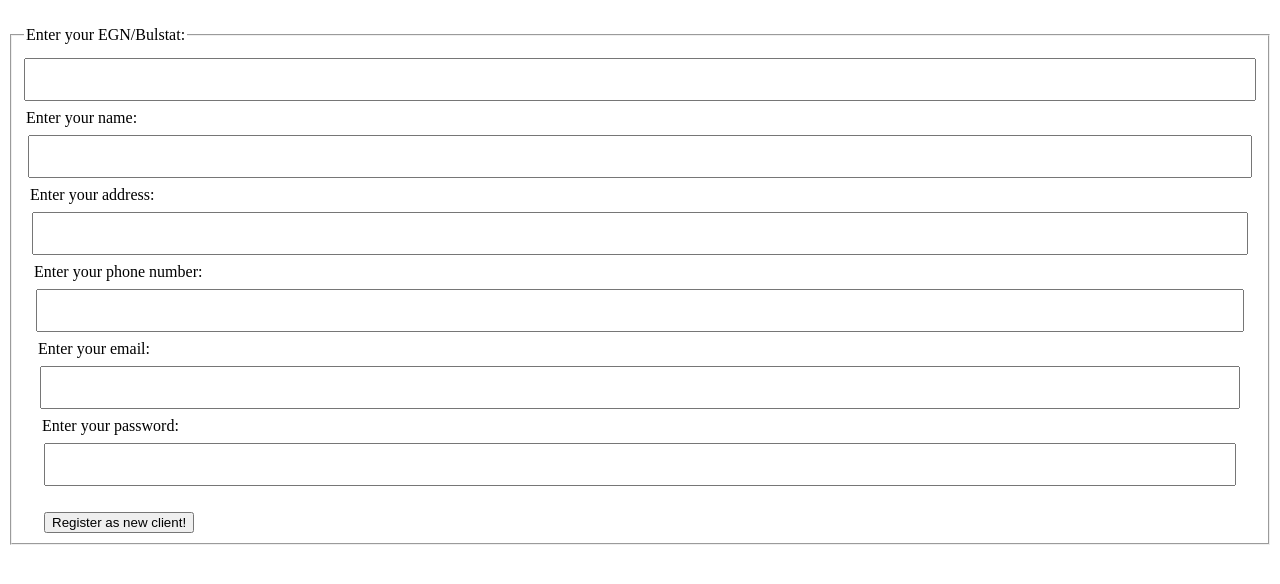
Repository: A-Mitev/E-Banking_Team_Project
Page: http://localhost/FiBank/WEB-INF/views/jsp/Register.jsp
These files come from the project's save history. The page is drawn as it stood at one moment and after the next save; the edit follows.
The browser window is 1280 px wide. The pictures show the whole page.
The page is served by Tomcat 9. Nobody is signed in. Other server files are loaded and not shown. The template is opened directly, without the code that normally fills it, so the values that code supplies are empty.

Above is the page before, as saved 2016-04-05 20:09:30.

### FiBank/src/main/webapp/WEB-INF/views/jsp/Register.jsp
<%@page import="javax.servlet.descriptor.TaglibDescriptor"%>
<%@ page language="java" contentType="text/html; charset=UTF-8"
	pageEncoding="UTF-8"%>
<%@ taglib prefix="springForm"
	uri="http://www.springframework.org/tags/form"%>
<!DOCTYPE html PUBLIC "-//W3C//DTD HTML 4.01 Transitional//EN" "http://www.w3.org/TR/html4/loose.dtd">
<html>
<head>
<style>
input[type=text] {
    width: 100%;
    padding: 12px 20px;
    margin: 8px 0;
    box-sizing: border-box;
}
</style>
<meta http-equiv="Content-Type" content="text/html; charset=UTF-8">
<title>Register Page</title>
</head>
<body>
	 ${text}
	<br />
	<springForm:form method="post" commandName="user" >
	<fieldset width: 10%>
		<legend>Enter your EGN/Bulstat:</legend>
		<springForm:input type="text" path="id" />
		<br />
		<legend>Enter your name:<legend/>
		<springForm:input type="text" path="name" />
		<br />
		<legend>Enter your address:<legend/>
		<springForm:input type="text" path="address" />
		<br />
		<legend>Enter your phone number:<legend/>
		<springForm:input type="text" path="phone" />
		<br />
		<legend>Enter your email:<legend>
		<springForm:input type="text" path="email" />
		<br />
		<legend>Enter your password:<legend>
		<springForm:input type="text" path="password" />
		<br />
		<br />
		<input type="submit" value="Register as new client!" />
		</fieldset>
	</springForm:form>
</body>
</html>

After the next save:
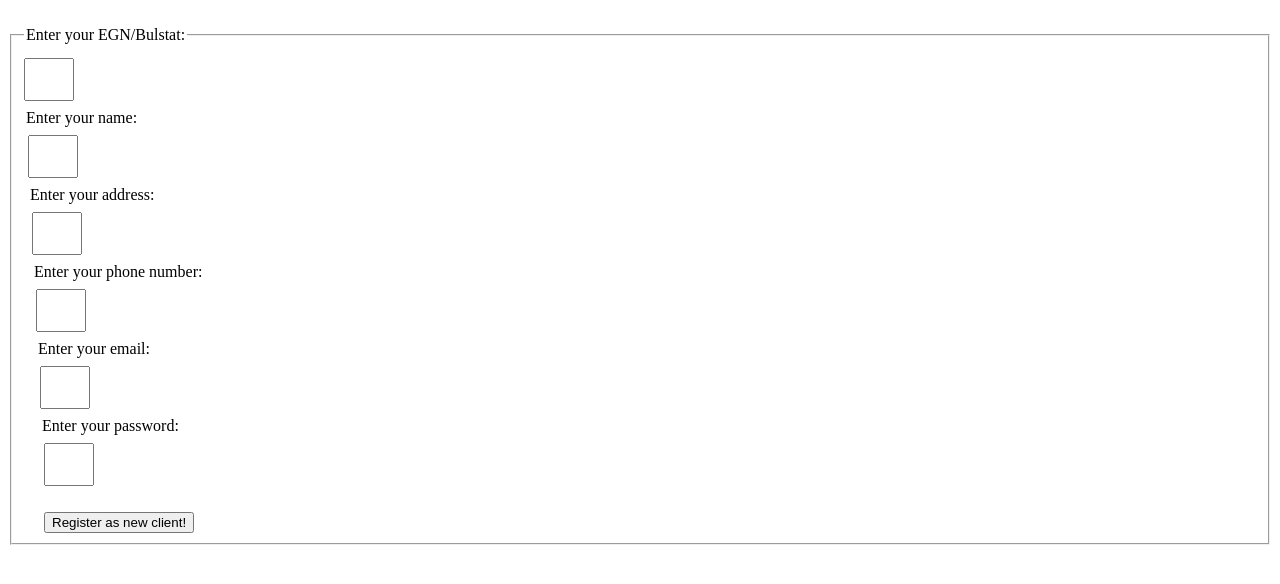
Saved 30 s later.
--- a/FiBank/src/main/webapp/WEB-INF/views/jsp/Register.jsp
+++ b/FiBank/src/main/webapp/WEB-INF/views/jsp/Register.jsp
@@ -8,7 +8,7 @@
 <head>
 <style>
 input[type=text] {
-    width: 100%;
+    width: 50px;
     padding: 12px 20px;
     margin: 8px 0;
     box-sizing: border-box;
@@ -21,7 +21,7 @@ input[type=text] {
 	 ${text}
 	<br />
 	<springForm:form method="post" commandName="user" >
-	<fieldset width: 10%>
+	<fieldset >
 		<legend>Enter your EGN/Bulstat:</legend>
 		<springForm:input type="text" path="id" />
 		<br />
